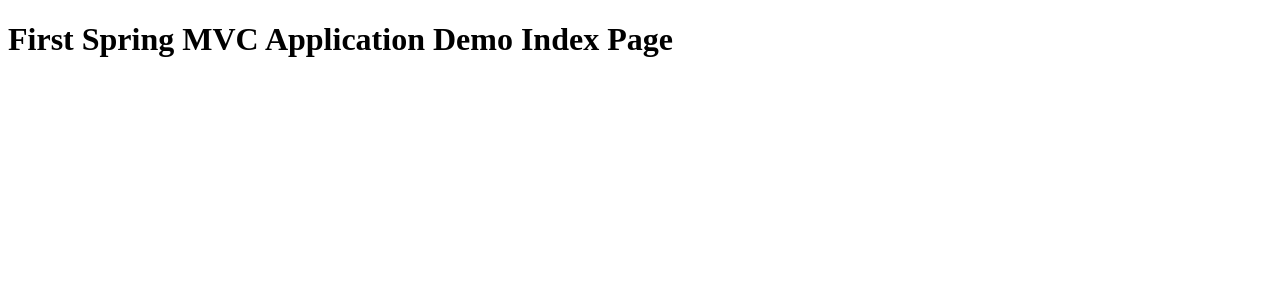
Repository: anujsachan89/Spring-MVC
Page: http://localhost/SpringMVC3/
These files come from the project's save history. The page is drawn as it stood at one moment and after the next save; the edit follows.
The browser window is 1280 px wide. The pictures show the whole page.
The page is served by Tomcat 9.

Above is the page before, as saved 2017-02-03 07:52:22.

After the next save:
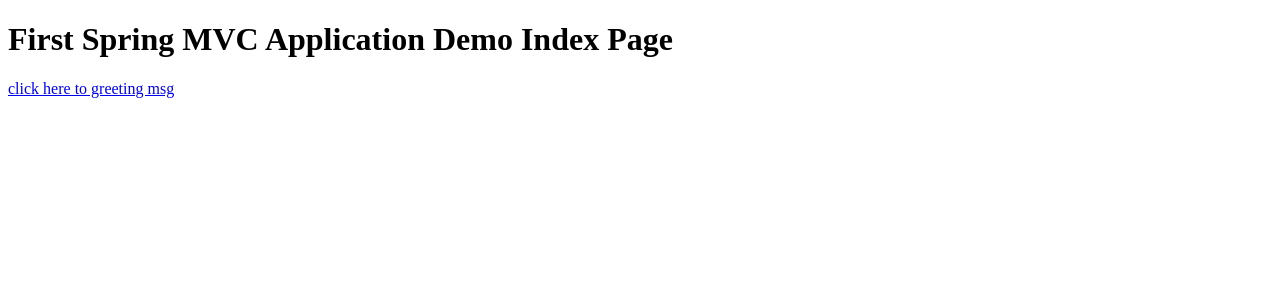
Saved 78 min 40 s later.
--- a/Spring-MVC workspace/SpringMVC3/src/main/webapp/index.jsp
+++ b/Spring-MVC workspace/SpringMVC3/src/main/webapp/index.jsp
@@ -4,6 +4,6 @@
 <html>
 <body>
 	<h1>First Spring MVC Application Demo Index Page</h1>
-	<!-- <a href="welcome/countryName/anuj">click here to greeting msg</a> -->
+	<a href="welcome/admissionForm">click here to greeting msg</a>
 </body>
 </html>
